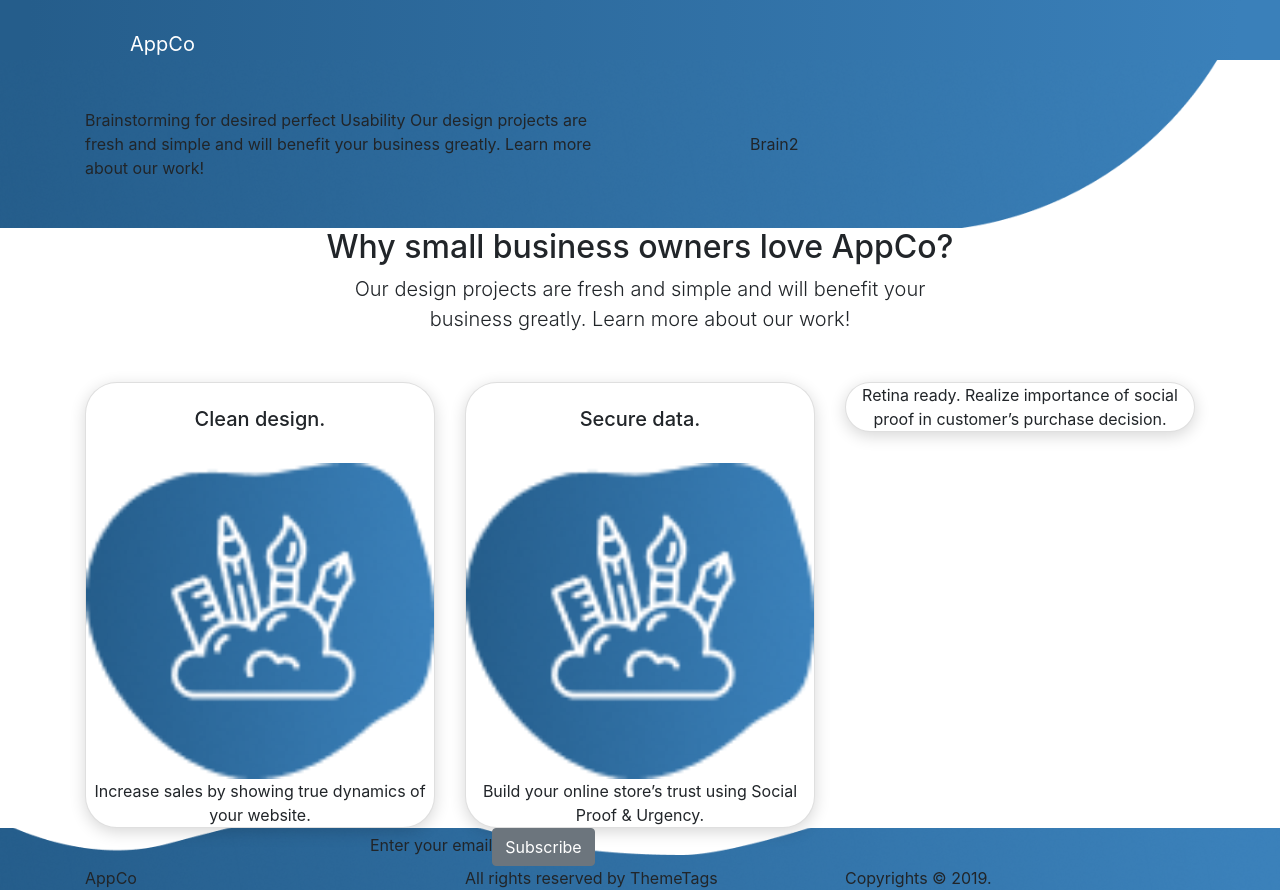
Repository: andbilous/user-statistics-app
Page: /
The author's editor kept a copy of each file at every save. The page is drawn from the files as they stood at one save, then again after a run of saves.
The browser window is 1280 px wide. The pictures show the whole page.
The project was rebuilt for these pictures with package versions that can differ from the ones it lists, and the page was loaded fresh each time.

Above is the page before, as saved 2020-06-19 17:06:05.

### src/App.js
import React from 'react';
import Main from './pages/Main';
import './App.scss';

function App() {
  return (
    <div className="App">
      <Main/>
    </div>
  );
}

export default App;

### src/pages/Main.jsx
import React from "react";
import Header from "../components/Header";
import Brainstorming from "../components/brainstorming";
import Reasons from "../components/reasons";
import Footer from '../components/footer';

const Main = () => {
  return (
    <>
      <Header />
      <Brainstorming />
      <Reasons />
      <Footer />
    </>
  );
};

export default Main;

### src/App.scss
body {
  font-family: Montserrat;
  font-style: normal;
  font-weight: normal;
}
img {
  position: relative;
  display: block;
  width: 100%;
}

### src/components/Header/index.js
import React from 'react';
import './header.scss';
import { Container, Row, Col } from 'reactstrap';


const Header = () => {
    return (
      <header className='header bg-image'>
      <Container>
          <div className='navbar-brand'>
          AppCo
            </div>
      </Container>
      </header>
    )
};

export default Header;

### src/components/brainstorming/index.js
import React from 'react';
import { Container, Row, Col } from 'reactstrap';
import'./brainstorming.scss';


const Brainstorming = () => {
    return (
      <section className='brainstorming pt-100 bg-image'>
      <Container>
          <Row className="row align-items-center justify-content-between py-5">
            <Col className="col-md-7 col-lg-6">
              Brainstorming for desired perfect Usability
              Our design projects are fresh and simple and will benefit your business greatly. Learn more about our work!
              </Col>
            <Col className="col-md-5 col-lg-5">Brain2</Col>
          </Row>
      </Container>
      </section>
    )
};

export default Brainstorming;

### src/components/reasons/index.js
import React from 'react';
import './reasons.scss';
import { Container, Row, Col,Card } from 'reactstrap';


const Reasons = () => {
    return (
      <section className='reasons'>
      <Container>
          <Row className="justify-content-center">
          <Col className="col-lg-7 col-md-8">
            <div className='section-heading text-center mb-5'>
              <h2>Why small business owners love AppCo?</h2>
              <p className='lead'>
              Our design projects are fresh and simple and will benefit your business greatly. Learn more about our work!
              </p>
            </div>
          </Col>
          </Row>
          <Row className="justify-content-center">
            <Col className='col-lg-4 col-md'>
              <Card className='text-center card-block'>
                <div className='pt-4'>
                  <h5>Clean design.</h5>
                </div>
                <div className='reasons-img mt-4'>
                <img alt='13' src='../../img/1.png'/>
                </div>
                Increase sales by showing true dynamics of your website.
              </Card>
            </Col>
            <Col className='col-lg-4 col-md'>
            <Card className='text-center card-block'>
            <div className='pt-4'>
                  <h5>Secure data.</h5>
                </div>
                <div className='reasons-img mt-4'>
                <img alt='13' src='../../img/1.png'/>
                </div>

                Build your online store’s trust using Social Proof & Urgency.
              </Card>
            </Col>
            <Col className='col-lg-4 col-md'>
            <Card className='text-center card-block'>
                Retina ready.
                Realize importance of social proof in customer’s purchase decision.
              </Card>
            </Col>
          </Row>

      </Container>
      </section>
    )
};

export default Reasons;

### src/components/footer/index.js
import React from 'react';
import { Container, Row, Col,Button } from 'reactstrap';
import'./footer.scss';


const Footer = () => {
    return (
      <footer className='footer'>
        <Container>
          <Row className='justify-content-center'>
            <Col md='6'>
              <div>
                Enter your email
                <Button>Subscribe</Button>
              </div>
            </Col>
          </Row>
          <Row className='justify-content-between'>
            <Col className='col-md' lg='4'>
            AppCo
            </Col>
            <Col className='col-md' lg='4'>
            All rights reserved by ThemeTags
              </Col>
              <Col className='col-md' lg='4'>
              Copyrights © 2019.
              </Col>
          </Row>
        </Container>
      </footer>
    )
};

export default Footer;

### src/components/Header/header.scss
.header{
  width: 100%;
  height: 60px;
  background: linear-gradient(92.09deg, #255D8B 2.29%, #3A80BA 96.79%);
}

.navbar-brand {
  color: #fff;
  font-size: 40px;
  line-height: 49px;
  position: absolute;
  width: 136px;
  height: 49px;
  left: 130px;
  top: 24px;
}

### src/components/brainstorming/brainstorming.scss
.brainstorming{
  background-image: url(../../img/bg.png);
  background-repeat: no-repeat;
  background-position: center center;
  background-size: cover;
}

.bg-image{
  position: relative;
  width: 100%;
  display: block;
}

### src/components/reasons/reasons.scss
.card-block{
  background: #FFFFFF;
  box-shadow: 0px 4px 16px rgba(0, 0, 0, 0.16);
  border-radius: 32px !important;
}

### src/components/footer/footer.scss
.footer{
  background-image: url(../../img/footer-bg.png);
  background-repeat: no-repeat;
  background-position: center center;
  background-size: cover;
}

Loaded but not shown: public/index.html (common file); src/index.js (common file); src/serviceWorker.js (common file)

After the next 2 saves:
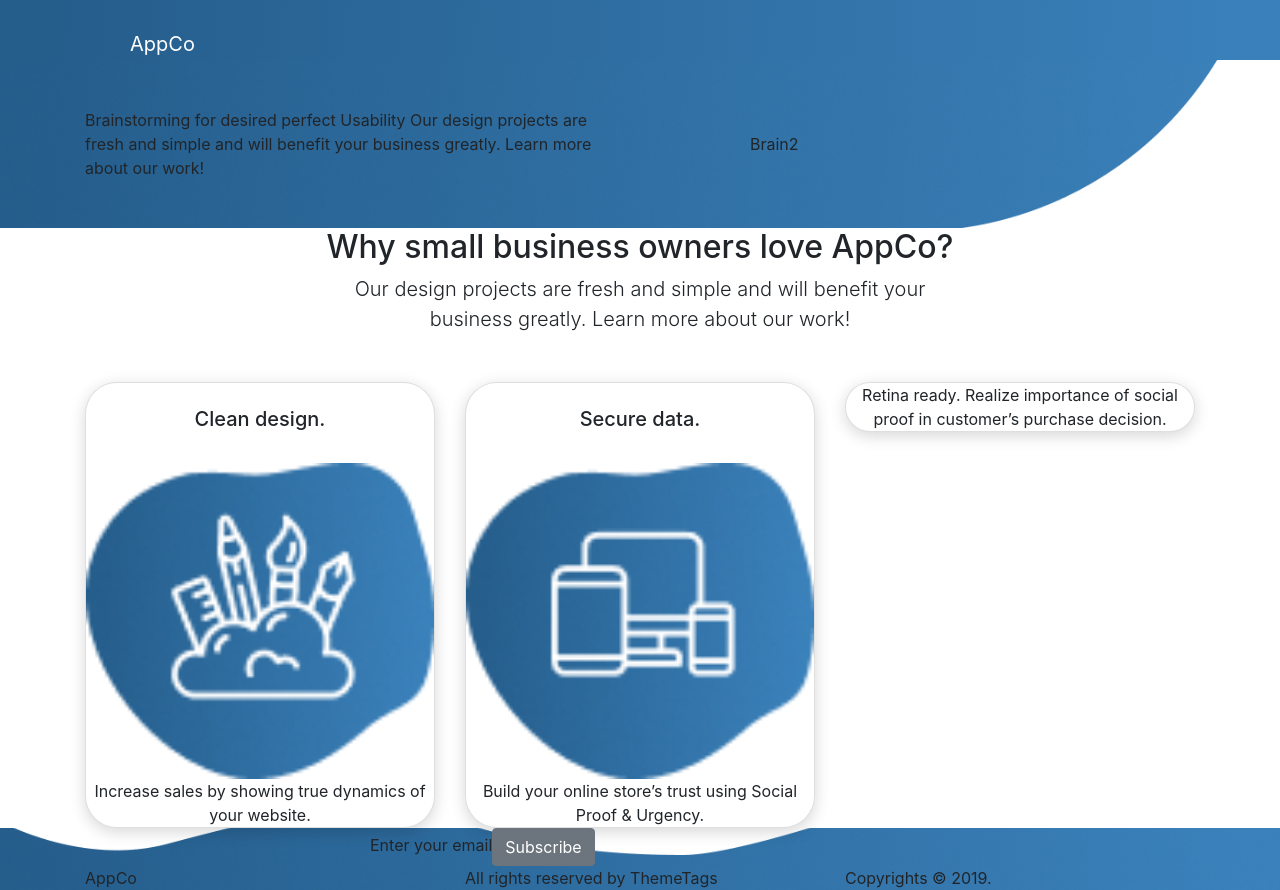
The 2 saves are shown as one change because they came seconds apart.
The last was saved 5 s later.
--- a/src/components/reasons/index.js
+++ b/src/components/reasons/index.js
@@ -35,7 +35,7 @@ const Reasons = () => {
                   <h5>Secure data.</h5>
                 </div>
                 <div className='reasons-img mt-4'>
-                <img alt='13' src='../../img/1.png'/>
+                <img alt='13' src='../../img/2.png'/>
                 </div>
 
                 Build your online store’s trust using Social Proof & Urgency.
